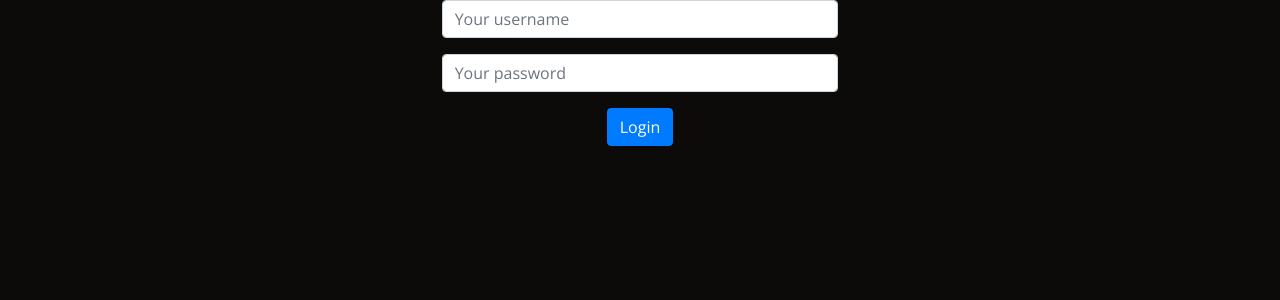
Repository: Amalraveendran/Amal
Page: http://localhost/cakehub/delLogin.jsp
An editor plug-in stored every save of this project. The page is shown before and after the next save, followed by the edit.
The browser window is 1280 px wide. The pictures show the whole page.
Some web fonts or font styles are not loaded; a fallback is used. The page is served by Tomcat 9.

Above is the page before, as saved 2021-01-30 09:03:43.

After the next save:
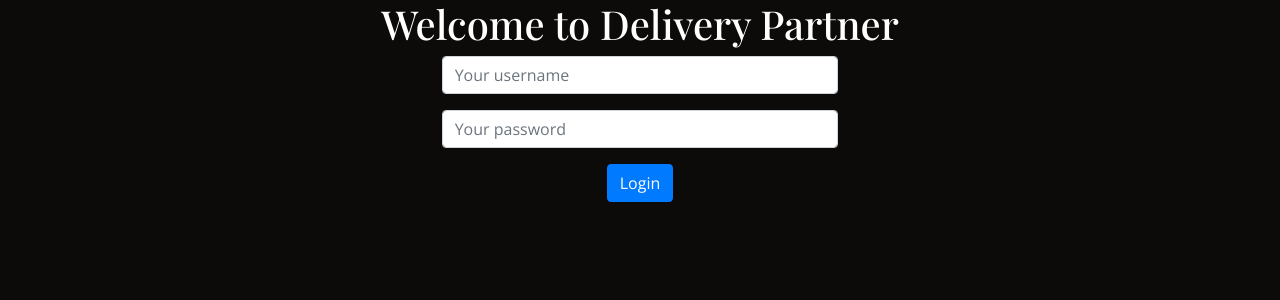
Saved 35 s later.
--- a/Eclipse Workspace/cakehub/WebContent/delLogin.jsp
+++ b/Eclipse Workspace/cakehub/WebContent/delLogin.jsp
@@ -26,6 +26,8 @@
 </head>
 <body>
 <center>
+
+<h1>Welcome to Delivery Partner</h1>
 <div>
 <form action="AdminLogin" >
 
